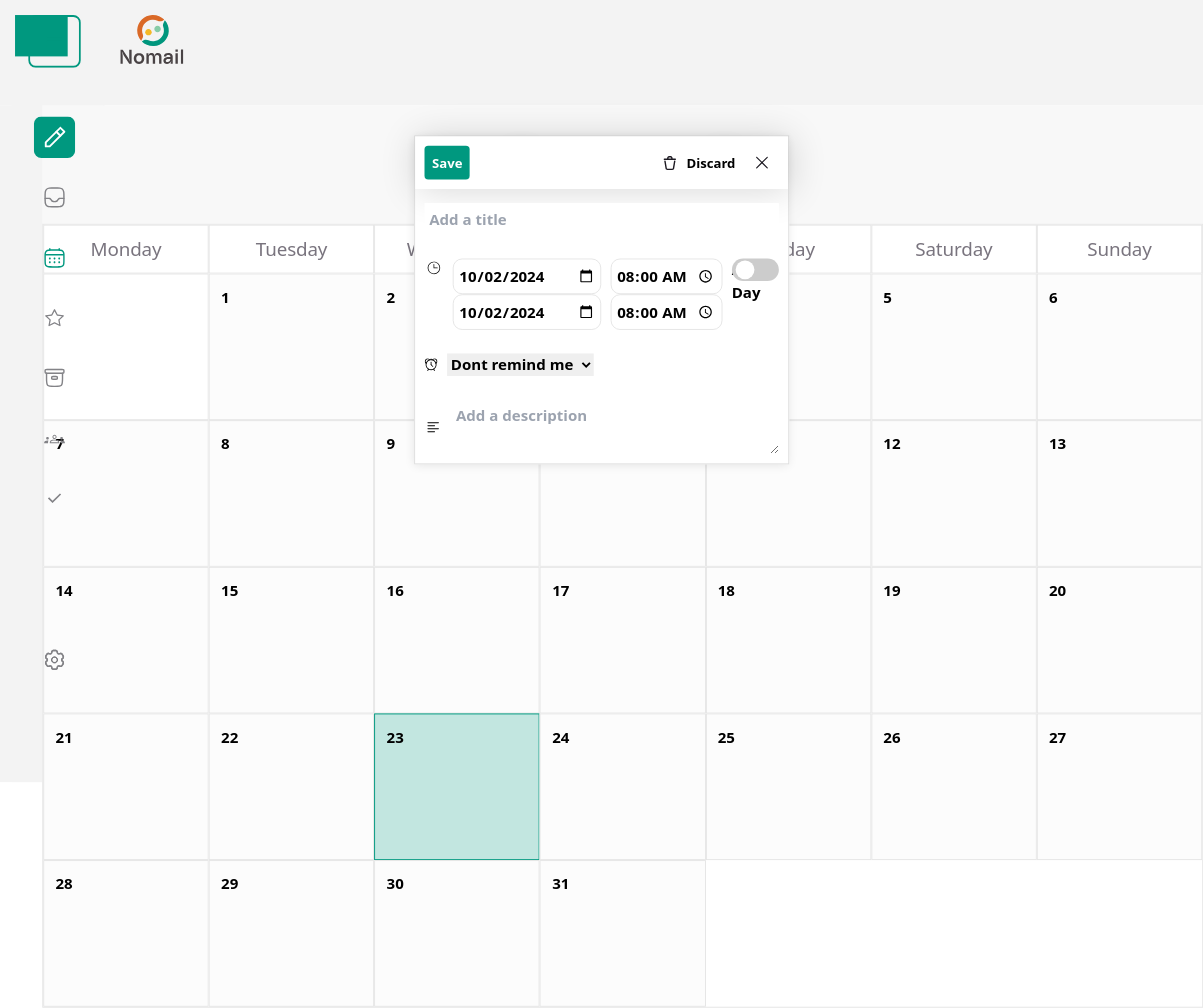
Repository: Tofigkh1/Nomail-App
Page: /calendar, after clicking the first element matching `div.calendar-grid > :nth-child(10)`
These files come from the project's save history. The page is drawn as it stood at one moment and after a run of saves; the edit follows.
The browser window is 1280 px wide. The pictures show the whole page, at 94% of full size.
The project was rebuilt for these pictures with package versions that can differ from the ones it lists, and the page was loaded fresh each time. The framework's server and built-in components were replaced by stand-ins that run in the browser. Also part of the build but not shown: next.config.mjs, components/shared/svg/calendarSvg.jsx.

Above is the page before, as saved 2024-10-23 03:14:52.

### app/layout.tsx
import type { Metadata } from "next";
import localFont from "next/font/local";
import "./Styles/globals.css";
import Header from "@/components/shared/client/Header/header";

const geistSans = localFont({
  src: "./fonts/GeistVF.woff",
  variable: "--font-geist-sans",
  weight: "100 900",
});
const geistMono = localFont({
  src: "./fonts/GeistMonoVF.woff",
  variable: "--font-geist-mono",
  weight: "100 900",
});

export const metadata: Metadata = {
  title: "Create Next App",
  description: "Generated by create next app",
};

export default function RootLayout({
  children,
}: Readonly<{
  children: React.ReactNode;
}>) {
  return (
    <html lang="en">
      <body
        className={`${geistSans.variable} ${geistMono.variable} antialiased`}
      >
        {children}

      </body>
    </html>
  );
}

### app/Styles/globals.css
@tailwind base;
@tailwind components;
@tailwind utilities;


.App {
  font-family: sans-serif;
  text-align: center;
}


:root {
  --background: #ffffff;
  --foreground: #171717;
}

@media (prefers-color-scheme: dark) {
  :root {
    --background: #0a0a0a;
    --foreground: #ededed;
  }
}


@layer utilities {
  .text-balance {
    text-wrap: balance;
  }
}

### components/shared/svg/TodoSvg.jsx
'use client'
export default function  todoSvg(){
    return(
        <>
            <svg width="44" height="44" viewBox="0 0 44 44" fill="none" xmlns="http://www.w3.org/2000/svg">
                <path d="M19.8957 27L15 22.2599L16.2239 21.0748L19.8957 24.6299L27.7761 17L29 18.185L19.8957 27Z"
                      fill="#A4A4A9"/>
                <path d="M19.8957 27L15 22.2599L16.2239 21.0748L19.8957 24.6299L27.7761 17L29 18.185L19.8957 27Z"
                      fill="black" fill-opacity="0.2"/>
            </svg>

        </>
    )
}

### components/shared/client/Calendar/index.jsx
"use client"
import { useState } from "react";
import "./Calendar.css";

export const Calendar = () => {
  const [selectedDate, setSelectedDate] = useState(new Date());
  const [popupVisible, setPopupVisible] = useState(false);
  const [popupDate, setPopupDate] = useState(null);
  const [reminder, setReminder] = useState("Don't remind me");
  const [eventTitle, setEventTitle] = useState("");
  const [eventTime, setEventTime] = useState("08:00");
  const [allDay, setAllDay] = useState(false);
  const [events, setEvents] = useState([]);
  const [eventDescription, setEventDescription] = useState("");

  const daysInMonth = (month, year) => new Date(year, month + 1, 0).getDate();
  const startOfMonth = (month, year) => new Date(year, month, 1).getDay();
  const today = new Date();

  const handleDayClick = (day) => {
    setPopupDate(
      new Date(selectedDate.getFullYear(), selectedDate.getMonth(), day)
    );
    setPopupVisible(true);
  };

  const closePopup = () => {
    setPopupVisible(false);
  };

  const changeMonth = (direction) => {
    const newMonth = selectedDate.getMonth() + direction;
    setSelectedDate(new Date(selectedDate.getFullYear(), newMonth, 1));
  };

  const handleSaveEvent = () => {
    const newEvent = {
      title: eventTitle,
      date: popupDate,
      time: eventTime,
      allDay: allDay,
      reminder: reminder,
      description: eventDescription,
    };

    setEvents([...events, newEvent]);
    closePopup();
  };

  const renderCalendarDays = () => {
    const totalDays = daysInMonth(
      selectedDate.getMonth(),
      selectedDate.getFullYear()
    );
    const startDay = startOfMonth(
      selectedDate.getMonth(),
      selectedDate.getFullYear()
    );

    let days = [];
    for (let i = 0; i < startDay - 1; i++) {
      days.push(<div className="calendar-day empty" key={`empty-${i}`} />);
    }

    for (let day = 1; day <= totalDays; day++) {
      const isToday =
        selectedDate.getFullYear() === today.getFullYear() &&
        selectedDate.getMonth() === today.getMonth() &&
        day === today.getDate();

      const eventsForDay = events.filter((event) => {
        const eventDate = new Date(event.date);
        return (
          eventDate.getFullYear() === selectedDate.getFullYear() &&
          eventDate.getMonth() === selectedDate.getMonth() &&
          eventDate.getDate() === day
        );
      });

      days.push(
        <div
          key={day}
              className={`calendar-day ${isToday ? "today" : ""}`}
          onClick={() => handleDayClick(day)}
        >
          {day}
          {eventsForDay.length > 0 && (
            <div className="event-list">
              {eventsForDay.map((event, index) => (
                <div key={index} className="event-item">
                  <span className="goldenText">{event.title}</span>{" "}
                  <span>{event.time}</span>
                </div>
              ))}
            </div>
          )}
        </div>
      );
    }

    return days;
  };

  return (
    <div className="calendar-container">
      <div className="calendar-header">
        <button onClick={() => changeMonth(-1)}>&lt;</button>
        <span>
          {selectedDate.toLocaleString("default", {
            month: "long",
            year: "numeric",
          })}
        </span>
        <button onClick={() => changeMonth(1)}>&gt;</button>
      </div>
      <div className="calendar-grid">
        <div className="calendar-day-name">Monday</div>
        <div className="calendar-day-name">Tuesday</div>
        <div className="calendar-day-name">Wednesday</div>
        <div className="calendar-day-name">Thursday</div>
        <div className="calendar-day-name">Friday</div>
        <div className="calendar-day-name">Saturday</div>
        <div className="calendar-day-name">Sunday</div>
        {renderCalendarDays()}
      </div>

      {popupVisible && (
        <div className="calendar-popup">
          <div className="popup-header">
            <button className="save-btn" onClick={handleSaveEvent}>

              Save
            </button>
            <div className="popup-external">
              <button className="discard-btn" onClick={closePopup}>
                <svg
                  xmlns="http://www.w3.org/2000/svg"
                  width="20"
                  height="21"
                  viewBox="0 0 20 21"
                  fill="none"
                >
                  <path
                    d="M15.1855 8.49967L13.8925 16.0637C13.8397 16.3726 13.6828 16.6525 13.4492 16.8542C13.2157 17.0558 12.9205 17.1664 12.6156 17.1663H7.38505C7.08012 17.1664 6.78495 17.0558 6.55142 16.8542C6.31788 16.6525 6.16095 16.3726 6.1082 16.0637L4.81514 8.49967M15.8337 6.49967H12.1878M12.1878 6.49967V5.16634C12.1878 4.81272 12.0513 4.47358 11.8081 4.22353C11.565 3.97348 11.2353 3.83301 10.8915 3.83301H9.10912C8.76532 3.83301 8.43561 3.97348 8.1925 4.22353C7.9494 4.47358 7.81283 4.81272 7.81283 5.16634V6.49967M12.1878 6.49967H7.81283M4.16699 6.49967H7.81283"
                    stroke="#1D1A22"
                    strokeWidth="1.5"
                    strokeLinecap="round"
                    strokeLinejoin="round"
                  />
                </svg>
                Discard
              </button>
              <button>
                <svg
                  xmlns="http://www.w3.org/2000/svg"
                  width="36"
                  height="36"
                  viewBox="0 0 36 36"
                  fill="none"
                >
                  <path
                    d="M24.0675 23.1827C24.1256 23.2407 24.1717 23.3097 24.2031 23.3855C24.2345 23.4614 24.2507 23.5427 24.2507 23.6249C24.2507 23.707 24.2345 23.7883 24.2031 23.8642C24.1717 23.94 24.1256 24.009 24.0675 24.067C24.0095 24.1251 23.9405 24.1712 23.8647 24.2026C23.7888 24.234 23.7075 24.2502 23.6253 24.2502C23.5432 24.2502 23.4619 24.234 23.386 24.2026C23.3102 24.1712 23.2412 24.1251 23.1832 24.067L18.0003 18.8835L12.8175 24.067C12.7003 24.1843 12.5412 24.2502 12.3753 24.2502C12.2095 24.2502 12.0504 24.1843 11.9332 24.067C11.8159 23.9498 11.75 23.7907 11.75 23.6249C11.75 23.459 11.8159 23.2999 11.9332 23.1827L17.1168 17.9999L11.9332 12.817C11.8159 12.6998 11.75 12.5407 11.75 12.3749C11.75 12.209 11.8159 12.0499 11.9332 11.9327C12.0504 11.8154 12.2095 11.7495 12.3753 11.7495C12.5412 11.7495 12.7003 11.8154 12.8175 11.9327L18.0003 17.1163L23.1832 11.9327C23.3004 11.8154 23.4595 11.7495 23.6253 11.7495C23.7912 11.7495 23.9503 11.8154 24.0675 11.9327C24.1848 12.0499 24.2507 12.209 24.2507 12.3749C24.2507 12.5407 24.1848 12.6998 24.0675 12.817L18.8839 17.9999L24.0675 23.1827Z"
                    fill="#1D1A22"
                  />
                </svg>
              </button>
            </div>
          </div>
          <div className="popup-content">
            <input
              className="textInput"
              type="text"
              name="title"
              value={eventTitle}
              onChange={(e) => setEventTitle(e.target.value)}
              placeholder="Add a title"
            />
          </div>
          <div className="firstContainer">
            <svg
              xmlns="http://www.w3.org/2000/svg"
              width="20"
              height="20"
              viewBox="0 0 20 20"
              fill="none"
            >
              <g id="20/ph:clock-light">
                <path
                  id="Vector"
                  d="M9.99968 3.33325C8.68113 3.33325 7.3922 3.72424 6.29587 4.45679C5.19955 5.18933 4.34506 6.23052 3.84048 7.44869C3.3359 8.66687 3.20387 10.0073 3.46111 11.3005C3.71834 12.5937 4.35328 13.7816 5.28563 14.714C6.21798 15.6463 7.40587 16.2812 8.69907 16.5385C9.99228 16.7957 11.3327 16.6637 12.5509 16.1591C13.7691 15.6545 14.8103 14.8 15.5428 13.7037C16.2753 12.6074 16.6663 11.3185 16.6663 9.99992C16.6643 8.23244 15.9612 6.53796 14.7114 5.28817C13.4616 4.03837 11.7671 3.33533 9.99968 3.33325ZM9.99968 15.8823C8.83626 15.8823 7.69896 15.5373 6.73162 14.8909C5.76427 14.2446 5.01031 13.3259 4.56509 12.251C4.11987 11.1761 4.00338 9.99339 4.23035 8.85233C4.45732 7.71126 5.01756 6.66313 5.84022 5.84047C6.66289 5.0178 7.71102 4.45756 8.85209 4.23059C9.99315 4.00362 11.1759 4.12011 12.2508 4.56533C13.3256 5.01055 14.2443 5.76451 14.8907 6.73186C15.537 7.69921 15.882 8.8365 15.882 9.99992C15.8803 11.5595 15.26 13.0547 14.1572 14.1575C13.0544 15.2602 11.5592 15.8805 9.99968 15.8823ZM14.052 9.99992C14.052 10.1039 14.0106 10.2037 13.9371 10.2772C13.8636 10.3508 13.7638 10.3921 13.6598 10.3921H9.99968C9.89567 10.3921 9.79592 10.3508 9.72238 10.2772C9.64884 10.2037 9.60752 10.1039 9.60752 9.99992V6.33979C9.60752 6.23578 9.64884 6.13603 9.72238 6.06249C9.79592 5.98895 9.89567 5.94763 9.99968 5.94763C10.1037 5.94763 10.2034 5.98895 10.277 6.06249C10.3505 6.13603 10.3918 6.23578 10.3918 6.33979V9.60776H13.6598C13.7638 9.60776 13.8636 9.64908 13.9371 9.72262C14.0106 9.79616 14.052 9.89591 14.052 9.99992Z"
                  fill="black"
                />
              </g>
            </svg>
            <div className="inputContainer">
              <div className="inputContainers">
                <input
                  className="dateInput"
                  type="date"
                  value={popupDate.toISOString().substring(0, 10)}
                  onChange={(e) => {
                    const date = new Date(e.target.value);
                    setPopupDate(date);
                  }}
                />
                <input
                  type="time"
                  className="timeInput"
                  value={eventTime}
                  onChange={(e) => setEventTime(e.target.value)}
                  disabled={allDay}
                />
              </div>
              <div className="inputContainers">
                <input
                  className="dateInput"
                  type="date"
                  value={popupDate.toISOString().substring(0, 10)}
                  onChange={(e) => {
                    const date = new Date(e.target.value);
                    setPopupDate(date);
                  }}
                />
                <input
                  type="time"
                  className="timeInput"
                  value={eventTime}
                  onChange={(e) => setEventTime(e.target.value)}
                  disabled={allDay}
                />
              </div>
            </div>
            <label className="switch">
              <input
                type="checkbox"
                checked={allDay}
                onChange={(e) => setAllDay(e.target.checked)}
              />
              <span className="slider"></span>
              All Day
            </label>
          </div>
          <div className="secondContainer">
            <svg
              xmlns="http://www.w3.org/2000/svg"
              width="14"
              height="14"
              viewBox="0 0 14 14"
              fill="none"
            >
              <g id="Group">
                <path
                  id="Vector (Stroke)"
                  fillRule="evenodd"
                  clipRule="evenodd"
                  d="M4.5482 11.2297C4.76307 11.3488 4.84072 11.6195 4.72163 11.8343L3.83298 13.4378C3.71389 13.6526 3.44316 13.7303 3.22829 13.6112C3.01342 13.4921 2.93578 13.2214 3.05486 13.0065L3.94352 11.4031C4.0626 11.1882 4.33333 11.1106 4.5482 11.2297Z"
                  fill="black"
                />
                <path
                  id="Vector (Stroke)_2"
                  fillRule="evenodd"
                  clipRule="evenodd"
                  d="M9.45095 11.2297C9.66582 11.1106 9.93655 11.1882 10.0556 11.4031L10.9443 13.0065C11.0634 13.2214 10.9857 13.4921 10.7709 13.6112C10.556 13.7303 10.2853 13.6526 10.1662 13.4378L9.27752 11.8343C9.15843 11.6195 9.23608 11.3488 9.45095 11.2297Z"
                  fill="black"
                />
                <path
                  id="Vector (Stroke)_3"
                  fillRule="evenodd"
                  clipRule="evenodd"
                  d="M6.99953 2.11253C4.29984 2.11253 2.11131 4.30106 2.11131 7.00075C2.11131 9.70045 4.29984 11.889 6.99953 11.889C9.69923 11.889 11.8878 9.70045 11.8878 7.00075C11.8878 4.30106 9.69923 2.11253 6.99953 2.11253ZM1.22168 7.00075C1.22168 3.80973 3.80851 1.2229 6.99953 1.2229C10.1906 1.2229 12.7774 3.80973 12.7774 7.00075C12.7774 10.1918 10.1906 12.7786 6.99953 12.7786C3.80851 12.7786 1.22168 10.1918 1.22168 7.00075Z"
                  fill="black"
                />
                <path
                  id="Vector (Stroke)_4"
                  fillRule="evenodd"
                  clipRule="evenodd"
                  d="M4.22752 1.36599C3.82858 1.21571 3.39482 1.18338 2.97801 1.27286C2.56119 1.36234 2.17892 1.56985 1.87681 1.87064C1.5747 2.17142 1.36551 2.55278 1.2742 2.9692C1.18289 3.38561 1.21331 3.81951 1.36184 4.21911C1.51037 4.61871 1.77073 4.96714 2.11186 5.22283C2.30843 5.37016 2.34835 5.64896 2.20101 5.84554C2.05367 6.04211 1.77488 6.08203 1.5783 5.93469C1.10057 5.57663 0.735956 5.08868 0.527951 4.52906C0.319947 3.96945 0.277341 3.36181 0.405217 2.77865C0.533092 2.19548 0.82605 1.66142 1.24913 1.2402C1.67222 0.81897 2.20756 0.528361 2.79128 0.40305C3.375 0.277738 3.98244 0.323014 4.54114 0.533476C5.09983 0.743938 5.58617 1.1107 5.94214 1.58999C6.08861 1.78721 6.04747 2.06583 5.85025 2.21231C5.65303 2.35878 5.37441 2.31764 5.22793 2.12042C4.97375 1.77817 4.62647 1.51628 4.22752 1.36599Z"
                  fill="black"
                />
                <path
                  id="Vector (Stroke)_5"
                  fillRule="evenodd"
                  clipRule="evenodd"
                  d="M6.99953 0.33374C7.2452 0.333746 7.44434 0.532901 7.44434 0.778564L7.44432 1.6674C7.44431 1.91306 7.24515 2.11221 6.99949 2.1122C6.75383 2.1122 6.55468 1.91304 6.55469 1.66738L6.55471 0.778544C6.55471 0.53288 6.75387 0.333735 6.99953 0.33374Z"
                  fill="black"
                />
                <path
                  id="Vector (Stroke)_6"
                  fillRule="evenodd"
                  clipRule="evenodd"
                  d="M6.9995 3.8894C7.24517 3.8894 7.44432 4.08855 7.44432 4.33422V7.00073C7.44432 7.24639 7.24517 7.44554 6.9995 7.44554C6.75384 7.44554 6.55469 7.24639 6.55469 7.00073V4.33422C6.55469 4.08855 6.75384 3.8894 6.9995 3.8894Z"
                  fill="black"
                />
                <path
                  id="Vector (Stroke)_7"
                  fillRule="evenodd"
                  clipRule="evenodd"
                  d="M6.68497 6.6857C6.85868 6.51199 7.14032 6.51199 7.31403 6.6857L9.19954 8.57121C9.37325 8.74492 9.37325 9.02656 9.19954 9.20027C9.02583 9.37398 8.74419 9.37398 8.57048 9.20027L6.68497 7.31476C6.51126 7.14105 6.51126 6.85941 6.68497 6.6857Z"
                  fill="black"
                />
                <path
                  id="Vector (Stroke)_8"
                  fillRule="evenodd"
                  clipRule="evenodd"
                  d="M9.45846 0.533476C10.0172 0.323014 10.6246 0.277738 11.2083 0.40305C11.792 0.528361 12.3274 0.81897 12.7505 1.2402C13.1736 1.66142 13.4665 2.19548 13.5944 2.77865C13.7223 3.36181 13.6797 3.96945 13.4717 4.52906C13.2636 5.08868 12.899 5.57663 12.4213 5.93469C12.2247 6.08203 11.9459 6.04211 11.7986 5.84554C11.6513 5.64896 11.6912 5.37016 11.8877 5.22283C12.2289 4.96714 12.4892 4.61871 12.6378 4.21911C12.7863 3.81951 12.8167 3.38562 12.7254 2.9692C12.6341 2.55278 12.4249 2.17142 12.1228 1.87064C11.8207 1.56985 11.4384 1.36234 11.0216 1.27286C10.6048 1.18338 10.171 1.21571 9.77208 1.36599C9.37313 1.51628 9.02585 1.77817 8.77167 2.12042C8.6252 2.31764 8.34658 2.35878 8.14936 2.21231C7.95213 2.06583 7.91099 1.78721 8.05747 1.58999C8.41343 1.1107 8.89977 0.743938 9.45846 0.533476Z"
                  fill="black"
                />
              </g>
            </svg>
            <select
              value={reminder}
              onChange={(e) => setReminder(e.target.value)}
            >
              <option value="Don't remind me">Dont remind me</option>
              <option value="5 minutes before">5 minutes before</option>
            </select>
          </div>
          <div className="thirdContainer">
            <svg
              xmlns="http://www.w3.org/2000/svg"
              width="20"
              height="21"
              viewBox="0 0 20 21"
              fill="none"
            >
              <g id="20/quill:text-left">
                <path
                  id="Vector (Stroke)"
                  fillRule="evenodd"
                  clipRule="evenodd"
                  d="M3.33301 5.25008C3.33301 4.92792 3.58174 4.66675 3.88856 4.66675H16.1108C16.4176 4.66675 16.6663 4.92792 16.6663 5.25008C16.6663 5.57225 16.4176 5.83341 16.1108 5.83341H3.88856C3.58174 5.83341 3.33301 5.57225 3.33301 5.25008ZM3.33301 8.75008C3.33301 8.42792 3.58174 8.16675 3.88856 8.16675H11.6663C11.9732 8.16675 12.2219 8.42792 12.2219 8.75008C12.2219 9.07225 11.9732 9.33342 11.6663 9.33342H3.88856C3.58174 9.33342 3.33301 9.07225 3.33301 8.75008ZM3.33301 12.2501C3.33301 11.9279 3.58174 11.6667 3.88856 11.6667H16.1108C16.4176 11.6667 16.6663 11.9279 16.6663 12.2501C16.6663 12.5722 16.4176 12.8334 16.1108 12.8334H3.88856C3.58174 12.8334 3.33301 12.5722 3.33301 12.2501ZM3.33301 15.7501C3.33301 15.4279 3.58174 15.1667 3.88856 15.1667H11.6663C11.9732 15.1667 12.2219 15.4279 12.2219 15.7501C12.2219 16.0722 11.9732 16.3334 11.6663 16.3334H3.88856C3.58174 16.3334 3.33301 16.0722 3.33301 15.7501Z"
                  fill="black"
                />
              </g>
            </svg>
            <textarea
              className="textAreaInput"
              placeholder="Add a description"
              onChange={(e) => setEventDescription(e.target.value)}
            />
          </div>
        </div>
      )}
    </div>
  );
};

### components/shared/svg/hamburgerBtnSvg.jsx
'use client'
export default function  HamburgerBtnSvg(){
    return(
        <>
            <svg width="56" height="56" viewBox="0 0 56 56" fill="none" xmlns="http://www.w3.org/2000/svg">
                <rect x="1" y="1" width="54" height="54" rx="7" stroke="#00987F" stroke-width="2"/>
                <path d="M19 22H37V24H19V22ZM19 27H37V29H19V27ZM19 32H37V34H19V32Z" fill="#00987F"/>
            </svg>


        </>
    )
}

Loaded but not shown: components/shared/svg/settingSvg.jsx (25 lines, source omitted); components/shared/svg/InboxSvg.jsx (17 lines, source omitted); components/shared/svg/groupSvg.jsx (17 lines, source omitted); components/shared/svg/headerlLogoSvg.jsx (38 lines, source omitted); components/shared/client/Calendar/Calendar.css (259 lines, source omitted); app/calendar/page.tsx (100 lines, source omitted); components/shared/svg/calendarActiveSvg.jsx (18 lines, source omitted); components/shared/svg/FavoritesSvg.jsx (17 lines, source omitted); components/shared/client/SideBarMenu/sideBarMenu.tsx (70 lines, source omitted); components/shared/svg/ArchiveSvg.jsx (28 lines, source omitted); components/shared/svg/newMail.jsx (18 lines, source omitted); components/shared/client/Header/header.tsx (31 lines, source omitted); tailwind.config.ts (25 lines, source omitted)

After the next 3 saves:
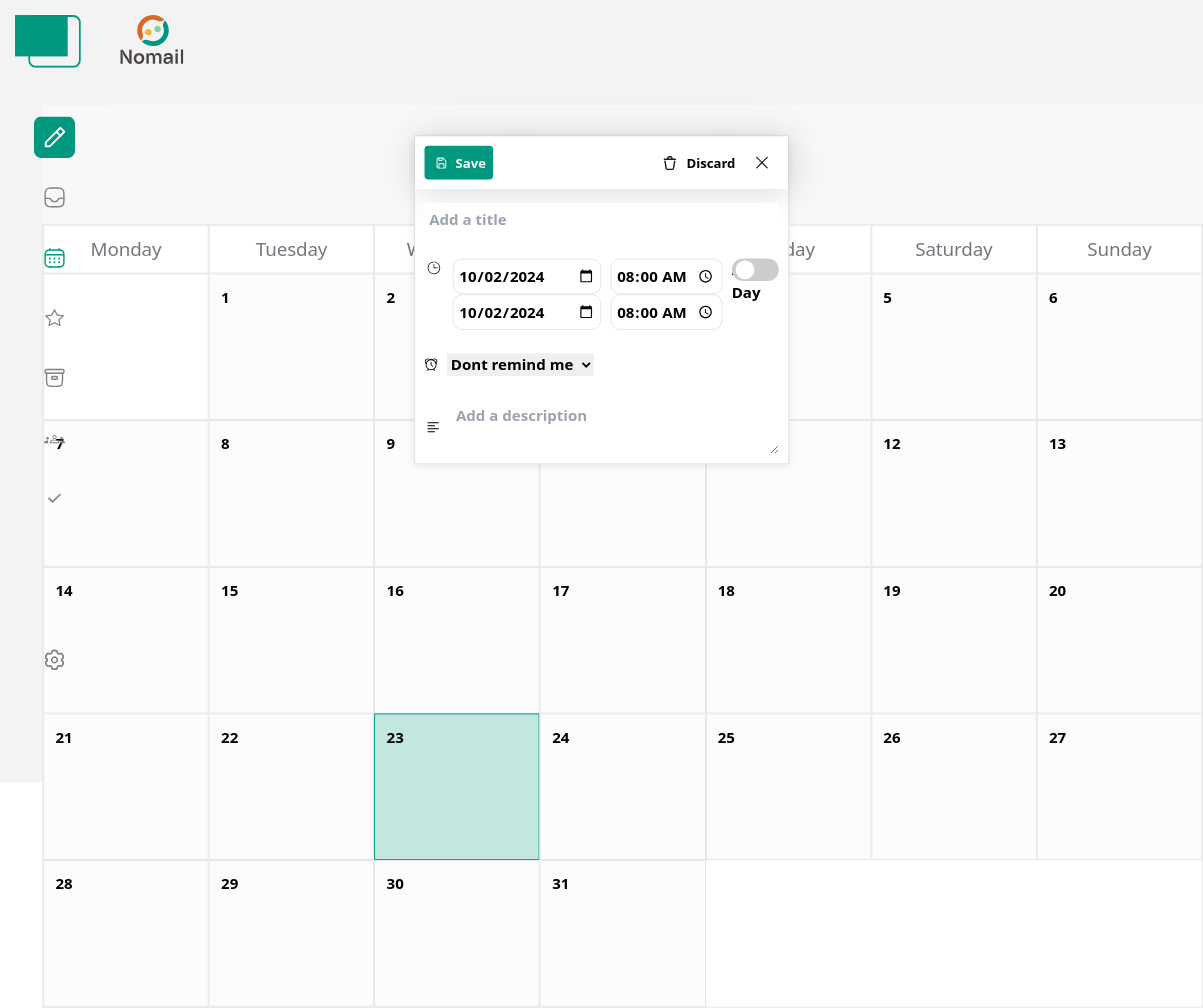
The 3 saves are shown as one change because they came seconds apart.
The last was saved 13 s later.
--- a/components/shared/client/Calendar/index.jsx
+++ b/components/shared/client/Calendar/index.jsx
@@ -128,7 +128,22 @@ export const Calendar = () => {
         <div className="calendar-popup">
           <div className="popup-header">
             <button className="save-btn" onClick={handleSaveEvent}>
-
+              <svg
+                xmlns="http://www.w3.org/2000/svg"
+                width="20"
+                height="21"
+                viewBox="0 0 20 21"
+                fill="none"
+              >
+                <path
+                  d="M13.333 16.3334H6.66634C6.18011 16.3334 5.7138 16.1403 5.36998 15.7964C5.02616 15.4526 4.83301 14.9863 4.83301 14.5001V6.50008C4.83301 6.01385 5.02616 5.54754 5.36998 5.20372C5.7138 4.8599 6.18011 4.66675 6.66634 4.66675H11.6663C11.7989 4.66686 11.926 4.71962 12.0197 4.81341L15.0197 7.83341C15.1135 7.92709 15.1662 8.05418 15.1663 8.18675V14.5001C15.1663 14.9863 14.9732 15.4526 14.6294 15.7964C14.2856 16.1403 13.8192 16.3334 13.333 16.3334ZM6.66634 5.66675C6.44533 5.66675 6.23337 5.75455 6.07709 5.91083C5.92081 6.06711 5.83301 6.27907 5.83301 6.50008V14.5001C5.83301 14.7211 5.92081 14.9331 6.07709 15.0893C6.23337 15.2456 6.44533 15.3334 6.66634 15.3334H13.333C13.554 15.3334 13.766 15.2456 13.9223 15.0893C14.0785 14.9331 14.1663 14.7211 14.1663 14.5001V8.37341L11.4597 5.66675H6.66634Z"
+                  fill="white"
+                />
+                <path
+                  d="M13.1664 15.8334H12.1664V11.6667H7.83303V15.8334H6.83303V11.5001C6.83303 11.2791 6.92083 11.0671 7.07711 10.9108C7.23339 10.7545 7.44535 10.6667 7.66637 10.6667H12.333C12.554 10.6667 12.766 10.7545 12.9223 10.9108C13.0786 11.0671 13.1664 11.2791 13.1664 11.5001V15.8334ZM10.313 8.33341H7.68637C7.57343 8.33254 7.46177 8.30943 7.35776 8.26541C7.25376 8.22138 7.15944 8.1573 7.0802 8.07682C7.00096 7.99634 6.93835 7.90104 6.89594 7.79637C6.85353 7.69169 6.83215 7.57969 6.83303 7.46675V5.16675H7.83303V7.33341H10.1664V5.16675H11.1664V7.46675C11.1672 7.57969 11.1459 7.69169 11.1035 7.79637C11.0611 7.90104 10.9984 7.99634 10.9192 8.07682C10.84 8.1573 10.7456 8.22138 10.6416 8.26541C10.5376 8.30943 10.426 8.33254 10.313 8.33341Z"
+                  fill="white"
+                />
+              </svg>
               Save
             </button>
             <div className="popup-external">
